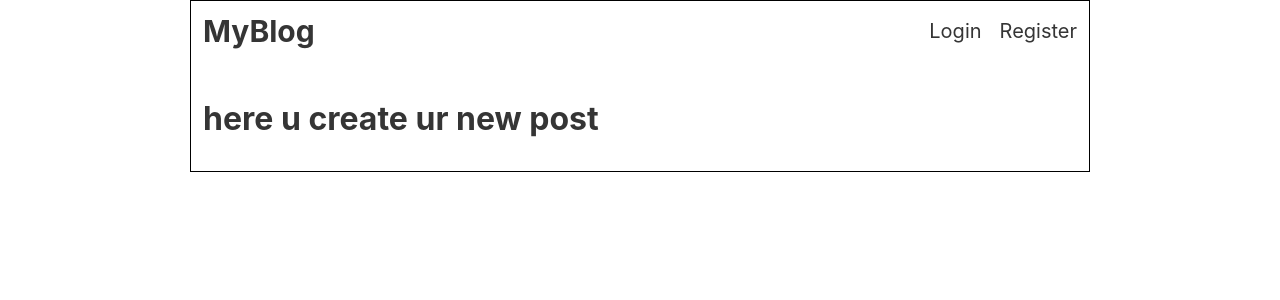
Repository: ateeque-219/BlogApp
Page: /create (app in blogapp/)
These files come from the project's save history. The page is drawn as it stood at one moment and after a run of saves; the edit follows.
The browser window is 1280 px wide. The pictures show the whole page.
The page's requests for data from a server got no answer. The project was rebuilt for these pictures with package versions that can differ from the ones it lists, and the page was loaded fresh each time. No one was signed in, and anything a server would have sent is missing. Also part of the build but not shown: blogapp/src/Post.js, blogapp/src/pages/Indexpage.js, blogapp/src/pages/LoginPage.js, blogapp/src/pages/RegisterPage.js.

Above is the page before, as saved 2024-01-14 22:10:57.

### blogapp/src/index.js
import React from 'react';
import ReactDOM from 'react-dom/client';
import './index.css';
import App from './App';
import  { BrowserRouter } from "react-router-dom";

const root = ReactDOM.createRoot(document.getElementById('root'));
root.render(
  <React.StrictMode>
   <BrowserRouter>
   <App />
   </BrowserRouter>
  </React.StrictMode>
);

### blogapp/src/App.js

import { Route, Routes } from 'react-router';
import './App.css';
import Layoutt from './Layoutt';
import Indexpage from './pages/Indexpage';
import LoginPage from './pages/LoginPage';
import RegisterPage from './pages/RegisterPage';
import { UserContextProvider } from './UserContext';
import CreatePost from './pages/CreatePost';
function App() {
  return (
    <UserContextProvider>
      <Routes>
      <Route path="/" element={<Layoutt />}>
        <Route index element={<Indexpage />} />
        <Route path="/login" element={<LoginPage/>} />
        <Route path ="/register" element={<RegisterPage/>}/>
        <Route path ="/create" element={<CreatePost />}></Route>
      </Route>
    </Routes>
    </UserContextProvider>

  );
}

export default App;

### blogapp/src/App.css
*{
  box-sizing: border-box;
}
body{
  color: #353535;
}
img{
  max-width: 100%;
}
main{
  padding: 12px;
  max-width: 900px;
  margin:0 auto ;
  border: 1px solid black;
}
header{
 display: flex;
 justify-content: space-between;
 margin-bottom: 50px;
 align-items: center;
}
header a{
  text-decoration: none;
  color: inherit;
  font-size: 20px;
}
header a.logo{
  font-weight: bolder;
  font-size: 30px;
}
header nav{
  display: flex;
  gap: 18px;
}
div.post{
  display: flex;
  gap: 22px;
   margin-bottom: 44px;
}
div.texts{
  margin: 0;
  padding: 0;
}

.texts h2 {
  margin: 0;
}

.image {
  margin-top: 18px;
  width: 600px;
}
div.post p.info{
  margin: 5px 0;
  display: flex;
  gap: 5px;
  font-weight: bold;
  color: #888;
  font-size: 1rem;

}
div.post p.info a.author{
  color: #333;
}
div.post p.summary{
  margin:4px 0;
  line-height: 1.5rem;
}
form.login , form.register{
max-width: 450px;
  margin: 0 auto;
}
input{
 width: 100%;
 display: block;
 margin-bottom: 7px;
 padding: 7px 5px;
 background-color:#fff;
 border: 2.5px solid #ddd;
 border-radius: 5px;

}
button{
  width: 100%;
  display: block;
 margin-bottom: 7px;
 padding: 7px;
  background-color: rgb(32, 30, 30);
 border-radius: 5px;
 color: white;
}

.title{
  text-align: center;
}

### blogapp/src/Layoutt.js
import React from 'react'
import Head from './Head'
import { Outlet } from 'react-router-dom'
const Layoutt = () => {
  return (
    <main>
      <Head></Head>
      <Outlet/>
    </main>
  )
}

export default Layoutt

### blogapp/src/UserContext.js
import { createContext, useState } from 'react';
export const UserContext = createContext({});

export function UserContextProvider({ children }) {
  const [userinfo, setuserinfo] = useState({});

  return (
    <UserContext.Provider value={{ userinfo, setuserinfo }}>
      {children}
    </UserContext.Provider>
  );
}

### blogapp/src/pages/CreatePost.js
import React from 'react'

const CreatePost = () => {
  return (
    <div>
        <h1>here u create ur new post</h1>
    </div>
  );
}

export default CreatePost

### blogapp/src/Head.js
import React, { useContext, useEffect, useState } from 'react'
import { Link } from 'react-router-dom';
import { UserContext } from './UserContext';
const Head = () => {
  // const ctx = useContext(UserContext);
  // const [userinfo,setuserinfo] = useState(ctx);
  const {setuserinfo , userinfo} = useContext(UserContext);
  useEffect(() => {
    fetch('http://localhost:4000/profile', {
      credentials: 'include',
    })
      .then(response => {
         return response.json();
      })
      .then(profileInfo => {
        console.log(profileInfo)
        setuserinfo(profileInfo);
      })
      .catch(error => {
        throw(error);
      });
  }, []);


function logout(){
   fetch('http://localhost:4000/logout',{
    credentials : 'include' ,
    method:'POST',
  });
  setuserinfo(null);
}

const username = userinfo?.username;
console.log('dasda',userinfo?.username);
  return (
    <div><header>
    <Link to="/" className="logo">MyBlog</Link>
    <nav>
      {username && (
        <>
        {console.log('3343')}
        <Link to ="create">create</Link>
        <a onClick={logout}>logout</a>
        </>
      )}
      {!username && (
        <>
        {console.log('3343')}
         <Link to="/login">Login</Link>
       <Link to="/register">Register</Link>
        </>
      )}
    </nav>
  </header></div>
  );
}
export default Head;

Loaded but not shown: blogapp/public/index.html (common file); blogapp/src/index.css (common file)

After the next 2 saves:
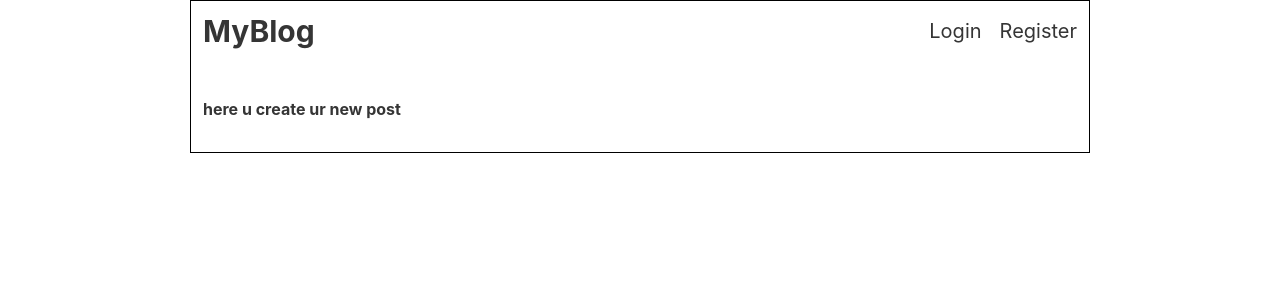
The 2 saves are shown as one change because they came seconds apart.
The last was saved 37 s later.
--- a/blogapp/src/pages/CreatePost.js
+++ b/blogapp/src/pages/CreatePost.js
@@ -3,7 +3,7 @@ import React from 'react'
 const CreatePost = () => {
   return (
     <div>
-        <h1>here u create ur new post</h1>
+        <h4>here u create ur new post</h4>
     </div>
   );
 }
